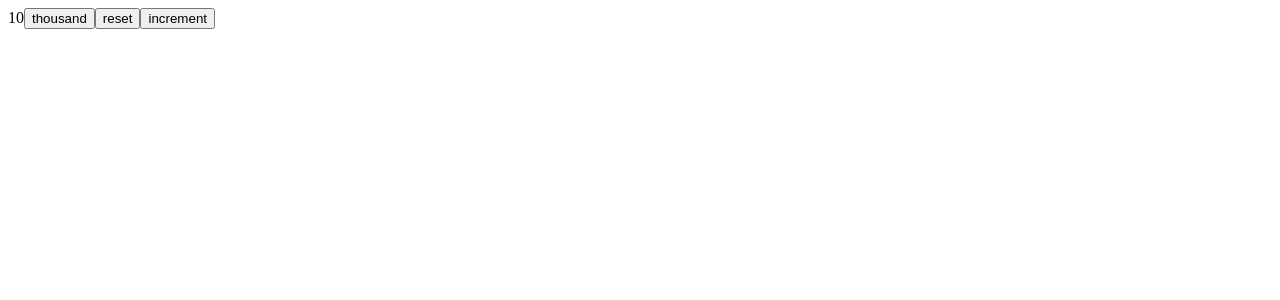
Repository: mariocapitbrok/helsinki-fullstack
Page: / (app in part1/)
An editor plug-in stored every save of this project. The page is shown before and after the next save, followed by the edit.
The browser window is 1280 px wide. The pictures show the whole page.
The project was rebuilt for these pictures with package versions that can differ from the ones it lists, and the page was loaded fresh each time.

Above is the page before, as saved 2022-01-08 16:33:21.

### part1/src/App.js
import React, { useState } from 'react'

const Button = ({ handleClick, text }) => (
  <button onClick={handleClick}>{text}</button>
)

const App = () => {
  const [value, setValue] = useState(10)

  const setToValue = (newValue) => {
    setValue(newValue)
  }

  return (
    <div>
      {value}
      <button onClick={() => setToValue(1000)}>thousand</button>
      <button onClick={() => setToValue(0)}>reset</button>
      <button onClick={() => setToValue(value + 1)}>increment</button>
    </div>
  )
}

export default App

Loaded but not shown: part1/public/index.html (common file); part1/src/index.js (common file)

After the next save:
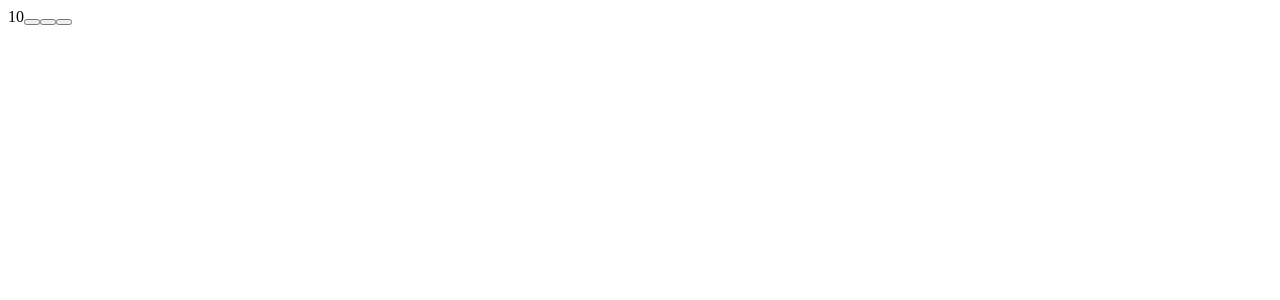
Saved 80 s later.
--- a/part1/src/App.js
+++ b/part1/src/App.js
@@ -14,9 +14,9 @@
   return (
     <div>
       {value}
-      <button onClick={() => setToValue(1000)}>thousand</button>
-      <button onClick={() => setToValue(0)}>reset</button>
-      <button onClick={() => setToValue(value + 1)}>increment</button>
+      <Button handleClick={() => setToValue(1000)} text="" />
+      <Button handleClick={() => setToValue(0)} text="" />
+      <Button handleClick={() => setToValue(value + 1)} text="" />
     </div>
   )
 }

After the save that followed:
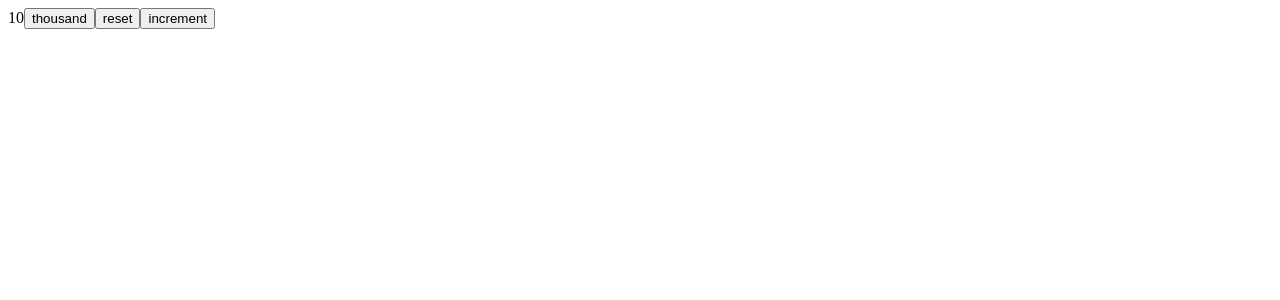
Saved 28 s later.
--- a/part1/src/App.js
+++ b/part1/src/App.js
@@ -14,9 +14,9 @@
   return (
     <div>
       {value}
-      <Button handleClick={() => setToValue(1000)} text="" />
-      <Button handleClick={() => setToValue(0)} text="" />
-      <Button handleClick={() => setToValue(value + 1)} text="" />
+      <Button handleClick={() => setToValue(1000)} text="thousand" />
+      <Button handleClick={() => setToValue(0)} text="reset" />
+      <Button handleClick={() => setToValue(value + 1)} text="increment" />
     </div>
   )
 }
